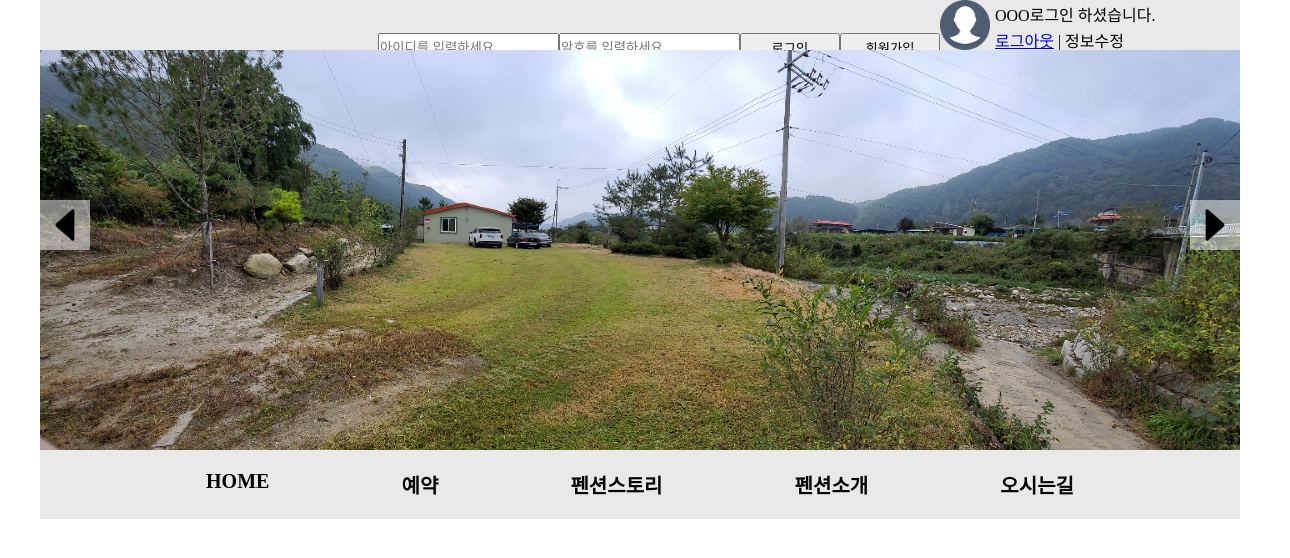
Repository: cdnwell/Jsp
Page: http://localhost/total/
An editor plug-in stored every save of this project. The page is shown before and after the next save, followed by the edit.
The browser window is 1280 px wide. The page is 1280 px wide, then 1290 px, so the pictures cover 1290 px, including what lies to the right of the window. The pictures show the whole page.
The page is served by Tomcat 9.

Above is the page before, as saved 2022-06-30 06:47:08.

### total/src/main/webapp/index.jsp
<%@ page language="java" contentType="text/html; charset=UTF-8"
    pageEncoding="UTF-8"%>
<!DOCTYPE html>
<html>
<head>
    <meta charset='utf-8'>
    <meta http-equiv='X-UA-Compatible' content='IE=edge'>
    <title>펜션</title>
    <meta name='viewport' content='width=device-width, initial-scale=1'>

</head>
<body>
<div class="flex_container">
<jsp:include page="template/pheader.jsp"></jsp:include>
<section>
    <article>
        <h2>공지사항</h2>
        <table>
            <tr>
                <th>글번호</th>
                <th>제목</th>
                <th>작성일</th>
                <th>조회수</th>
            </tr>
            <tr>
                <td>5</td>
                <td>제목1</td>
                <td>2021-07-26</td>
                <td>33</td>
            </tr>
            <tr>
                <td>4</td>
                <td>제목2</td>
                <td>2021-07-25</td>
                <td>543</td>
            </tr>
            <tr>
                <td>3</td>
                <td>제목3</td>
                <td>2021-07-23</td>
                <td>331</td>
            </tr>
            <tr>
                <td>2</td>
                <td>제목4</td>
                <td>2021-07-22</td>
                <td>33</td>
            </tr>
            <tr>
                <td>1</td>
                <td>제목5</td>
                <td>2021-07-21</td>
                <td>13</td>
            </tr>
        </table>
    </article>
    <article>
        <h2>이벤트</h2>
        <table>
            <tr>
                <th>글번호</th>
                <th>제목</th>
                <th>작성일</th>
                <th>조회수</th>
            </tr>
            <tr>
                <td>5</td>
                <td>제목1</td>
                <td>2021-07-26</td>
                <td>33</td>
            </tr>
            <tr>
                <td>4</td>
                <td>제목2</td>
                <td>2021-07-25</td>
                <td>543</td>
            </tr>
            <tr>
                <td>3</td>
                <td>제목3</td>
                <td>2021-07-23</td>
                <td>331</td>
            </tr>
            <tr>
                <td>2</td>
                <td>제목4</td>
                <td>2021-07-22</td>
                <td>33</td>
            </tr>
            <tr>
                <td>1</td>
                <td>제목5</td>
                <td>2021-07-21</td>
                <td>13</td>
            </tr>
        </table>
    </article>
</section>
<jsp:include page="template/pfooter.jsp"></jsp:include>
</div>
</body>
</html>

### total/src/main/webapp/template/pheader.jsp
<%@ page language="java" contentType="text/html; charset=UTF-8"
	pageEncoding="UTF-8"%>
<style>
    	*{
            margin: 0;
            padding: 0;
        }
        .flex_container{
            display: flex;
            flex-direction: column;
            width: 1200px;
            margin: 0 auto;
            font-size: 0px;
        }
        #member_bar{
            height: 50px;
            background-color: #e9e9e9;
            text-align: right;
        }
        #member_bar img{
            width: 50px;
            float: left;
        }
        .login_form{
        	display:inline-block;
        	width: 600px;
        	padding: 10px 0px;
        }
        .login_form > form{
        	display:flex;
        	flex-direction:row;
        	justify-content:flex-end;
        }
        .login_form > form > *{
        	height: 30px;
        	box-sizing: border-box;
        }
        .login_form > form > button{
        	width: 100px;
        }
        .profile > p{
            width: 200px;
            float: left;
            font-size: 16px;
            text-align: left;
            padding-left: 5px;
            margin-top: 2px;
        }
        .profile{
            width: 300px;
            display: inline-block;
        }
        nav{
            padding:20px 100px;
            background-color: #e9e9e9;
        }
        nav ul{
            list-style-type: none;
            display: flex;
            flex-direction: row;
            justify-content: space-around;
        }

        nav a:link,nav a:visited{
            font-size: 20px;
            font-weight: bold;
            text-decoration: none;
            color:black;
        }
        .ad_img {
            position: relative;
        }
        .ad_img button{
            background: none;
            border: none;
            position: absolute;
            background-color: rgba(255, 255, 255, 0.5);
            width: 50px;
            height: 50px;
        }
        .ad_img button img{
            width: 50px;
        }
        .left_arrow{
            top : calc(50% - 50px);
        }
        .right_arrow{
            top : calc(50% - 50px);
            right: 0px;
            transform: rotate(180deg);
        }
    </style>


<header>
	<div id="member_bar">

		<div class="login_form">
			<form action="login_process.jsp" method="post">
				<input type="text" name="id" placeholder="아이디를 입력하세요">
				<input type="password" name="pass" placeholder="암호를 입력하세요">
				<button>로그인</button><button id="btn_register" type="button">회원가입</button>
			</form>
		</div>

		<div class="profile">
			<img src="resource/images/profile.png" alt="">
			<p>OOO로그인 하셨습니다.</p>
			<p><a href="logout.jsp">로그아웃</a> | 정보수정</p>
		</div>




		<!-- 나중에 회원가입을 누르면 자바스크립트로 회원가입 페이지로 이동시키기 -->
		<%
		String id = (String) session.getAttribute("id");

		if (id == null) {
		%>
		<div class="login_form">
			<form action="login_process.jsp" method="post">
				<input type="text" name="id" placeholder="아이디를 입력하세요"> <input
					type="password" name="pass" placeholder="암호를 입력하세요">
				<button>로그인</button>
				<button id="btn_register" type="button">회원가입</button>
			</form>
		</div>
	</div>
	<%
	} else {
	%>
	<div class="profile">
		<img src="resource/images/profile.png" alt="">
		<p><%=id %>님 로그인 하셨습니다.</p>
		<p><a href="logout.jsp">로그아웃</a> | 정보수정</p>
	</div>
	<%
	}
	%>

	<div class="ad_img">
		<button class="left_arrow">
			<img src="resource/images/left_arrow.png" alt="">
		</button>
		<button class="right_arrow">
			<img src="resource/images/left_arrow.png" alt="">
		</button>
		<img src="resource/images/main_4.jpg" alt="">
	</div>
</header>
<nav>
	<ul>
		<li><a href="main.jsp">HOME</a></li>
		<li><a href="sub_page2.jsp">예약</a></li>
		<li><a href="#">펜션스토리</a></li>
		<li><a href="#">펜션소개</a></li>
		<li><a href="sub_page1.jsp">오시는길</a></li>
	</ul>
</nav>

### total/src/main/webapp/template/pfooter.jsp
<%@ page language="java" contentType="text/html; charset=UTF-8"
    pageEncoding="UTF-8"%>
<footer>
      <ul>
         <li>OOOO 펜션</li>
         <li>대표자 : OOO</li>
         <li>연락처 : 010-0000-0000</li>
         <li>주소 : 강원도 평창시 OOOOOO</li>
      </ul>
   </footer>

After the next save:
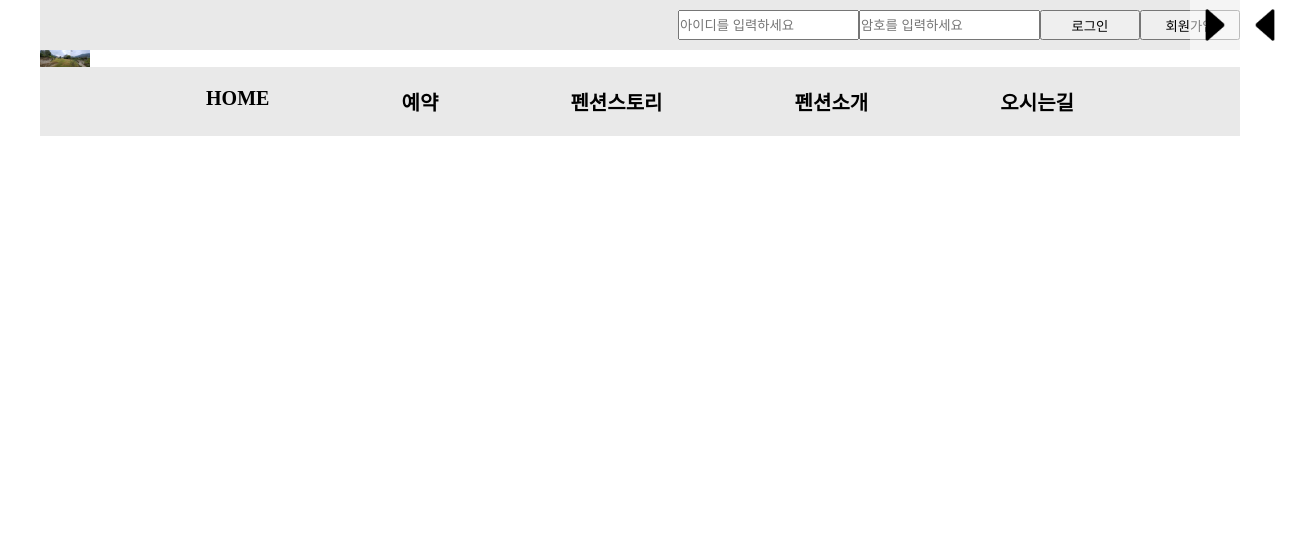
Saved 26 s later.
--- a/total/src/main/webapp/template/pheader.jsp
+++ b/total/src/main/webapp/template/pheader.jsp
@@ -94,7 +94,11 @@
 
 <header>
 	<div id="member_bar">
+		<%
+		String id = (String) session.getAttribute("id");
 
+		if (id == null) {
+		%>
 		<div class="login_form">
 			<form action="login_process.jsp" method="post">
 				<input type="text" name="id" placeholder="아이디를 입력하세요">
@@ -102,42 +106,22 @@
 				<button>로그인</button><button id="btn_register" type="button">회원가입</button>
 			</form>
 		</div>
-
+		 <%
+	} else {
+	%>
 		<div class="profile">
 			<img src="resource/images/profile.png" alt="">
 			<p>OOO로그인 하셨습니다.</p>
 			<p><a href="logout.jsp">로그아웃</a> | 정보수정</p>
 		</div>
-
+		 <%
+	}
+	%>
 
 
 
 		<!-- 나중에 회원가입을 누르면 자바스크립트로 회원가입 페이지로 이동시키기 -->
-		<%
-		String id = (String) session.getAttribute("id");
 
-		if (id == null) {
-		%>
-		<div class="login_form">
-			<form action="login_process.jsp" method="post">
-				<input type="text" name="id" placeholder="아이디를 입력하세요"> <input
-					type="password" name="pass" placeholder="암호를 입력하세요">
-				<button>로그인</button>
-				<button id="btn_register" type="button">회원가입</button>
-			</form>
-		</div>
-	</div>
-	<%
-	} else {
-	%>
-	<div class="profile">
-		<img src="resource/images/profile.png" alt="">
-		<p><%=id %>님 로그인 하셨습니다.</p>
-		<p><a href="logout.jsp">로그아웃</a> | 정보수정</p>
-	</div>
-	<%
-	}
-	%>
 
 	<div class="ad_img">
 		<button class="left_arrow">
